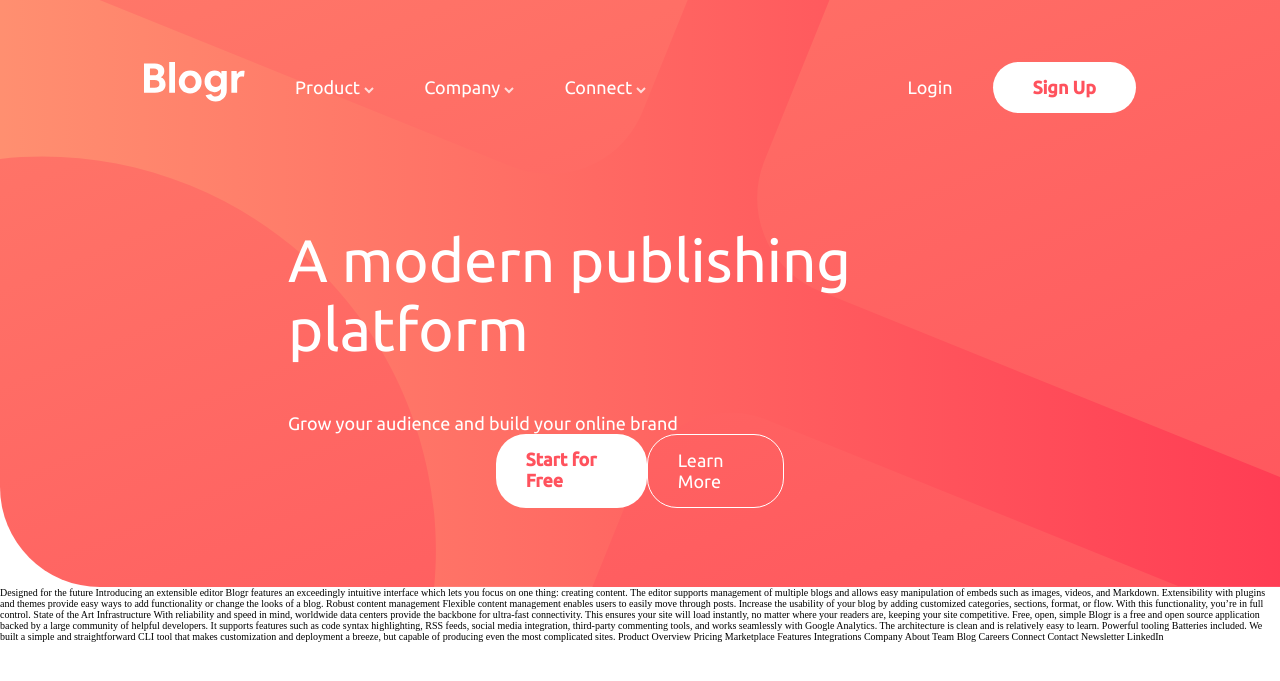
Repository: tomas938/tomaspage3
Page: index.html
The author's editor kept a copy of each file at every save. The page is drawn from the files as they stood at one save, then again after a run of saves.
The browser window is 1280 px wide. The pictures show the whole page.
The style sheet was rebuilt from its Sass, Less or Tailwind sources for each picture, by a compiler version that may differ from the author's.

Above is the page before, as saved 2021-07-30 09:25:55.

After the next 2 saves:
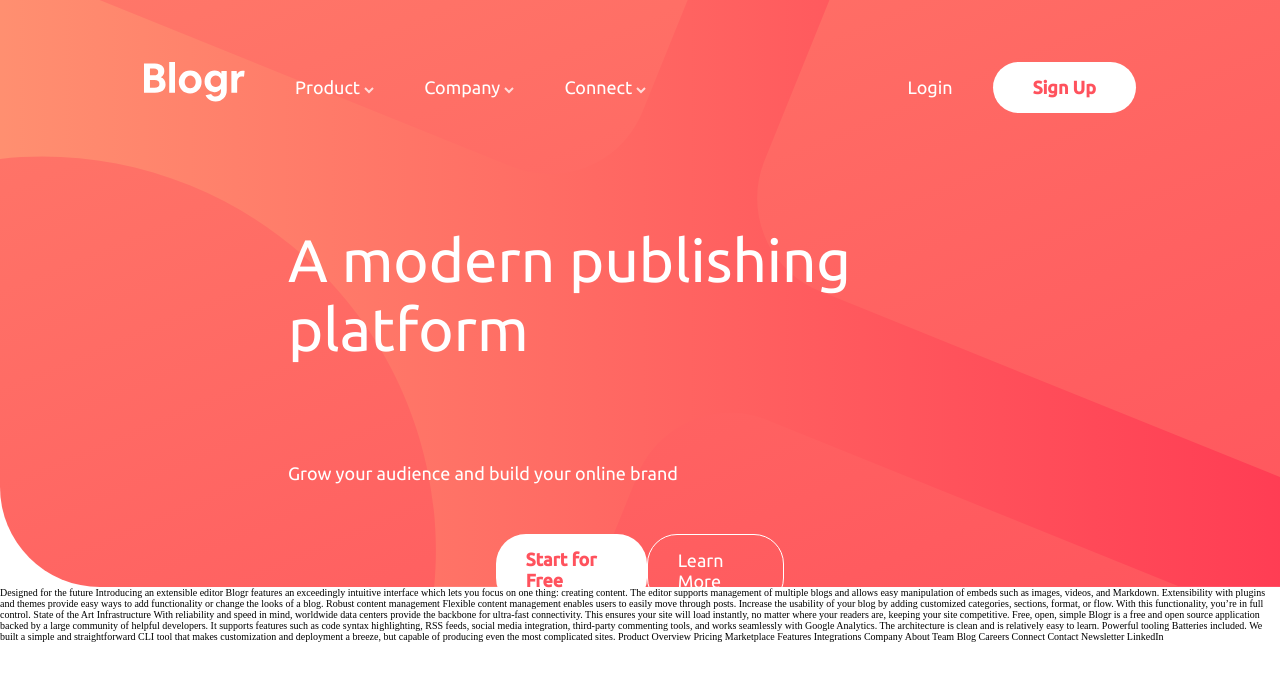
The 2 saves are shown as one change because they came seconds apart.
The last was saved 10 s later.
--- a/scss_partials/_intro.scss
+++ b/scss_partials/_intro.scss
@@ -44,7 +44,9 @@
 			font-size: 6rem;
 			font-weight: $font-weight-secondary-light;
 		}
-
+		p {
+			padding: 5rem 0;
+		}
 		&__buttons {
 			width: 41%;
 			margin: auto;

After the save that followed:
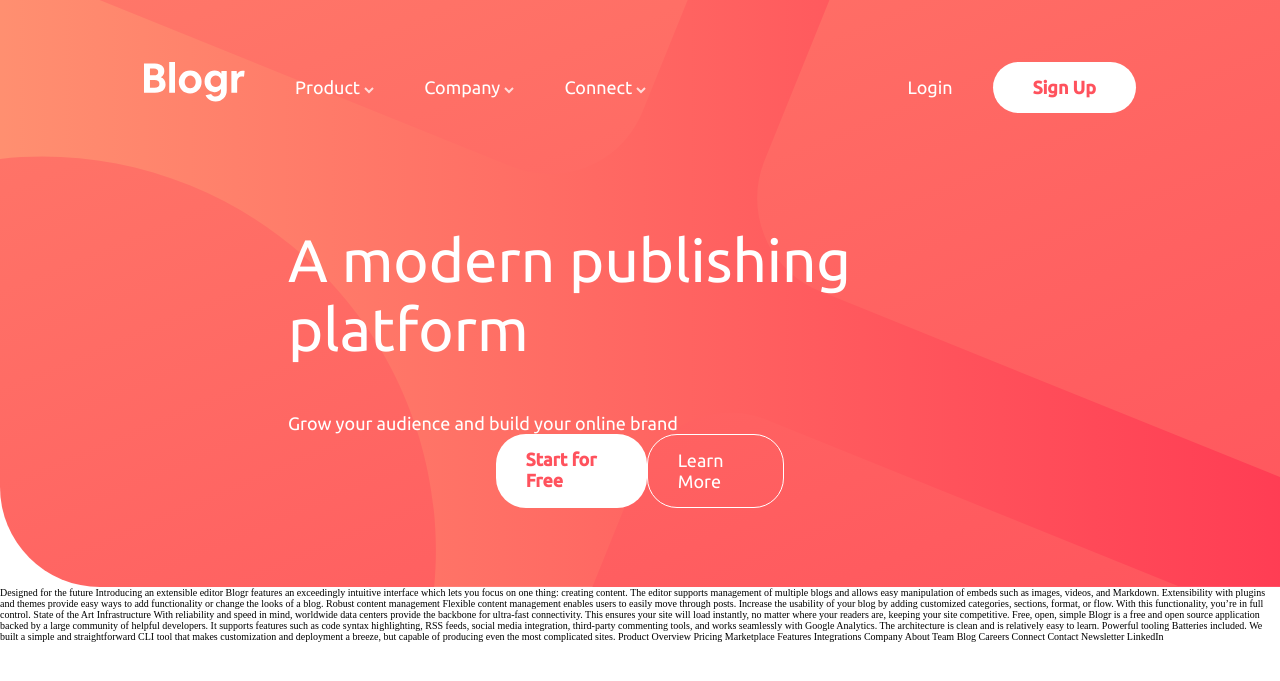
Saved 14 s later.
--- a/scss_partials/_intro.scss
+++ b/scss_partials/_intro.scss
@@ -44,9 +44,9 @@
 			font-size: 6rem;
 			font-weight: $font-weight-secondary-light;
 		}
-		p {
-			padding: 5rem 0;
-		}
+		// p {
+		// 	padding: 5rem 0;
+		// }
 		&__buttons {
 			width: 41%;
 			margin: auto;
